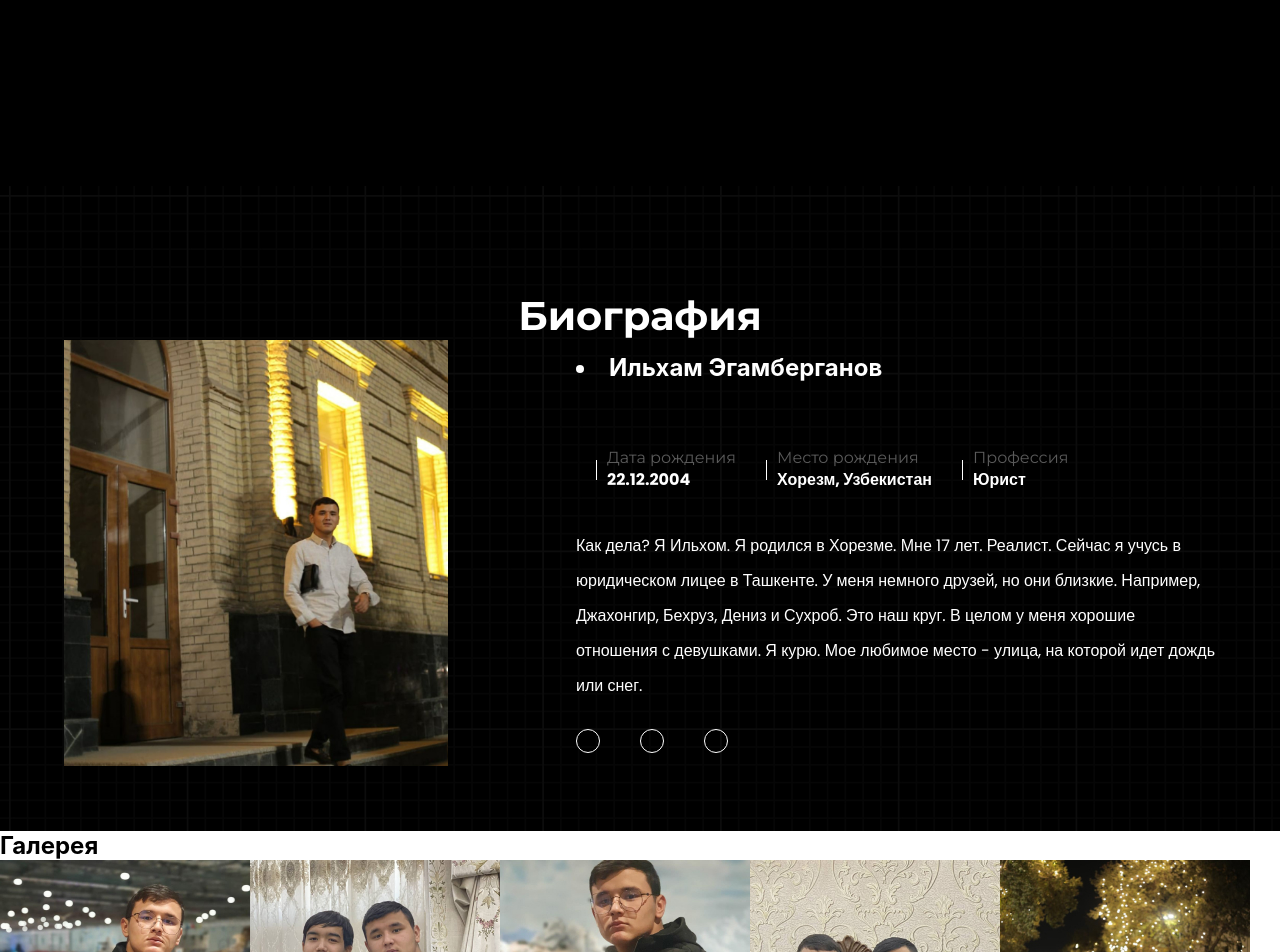
Repository: sardorexe/xishnik
Page: /
The author's editor kept a copy of each file at every save. The page is drawn from the files as they stood at one save, then again after the next save.
The browser window is 1280 px wide. The pictures show the part of the page from y = 534 to 1486 px (the page is 2085 px tall before and 2160 px after).
Pictures or frames that could not be fetched are drawn as grey boxes. Some icons come from a web library that is not loaded, so they are not drawn. Some web libraries are served in a nearby version. The project was rebuilt for these pictures with package versions that can differ from the ones it lists, and the page was loaded fresh each time. Some packages were replaced by stand-ins written for this rebuild. The framework's server and built-in components were replaced by stand-ins that run in the browser. Also part of the build but not shown: next.config.js.

Above is the page before, as saved 2021-09-27 18:51:23.

After the next save:
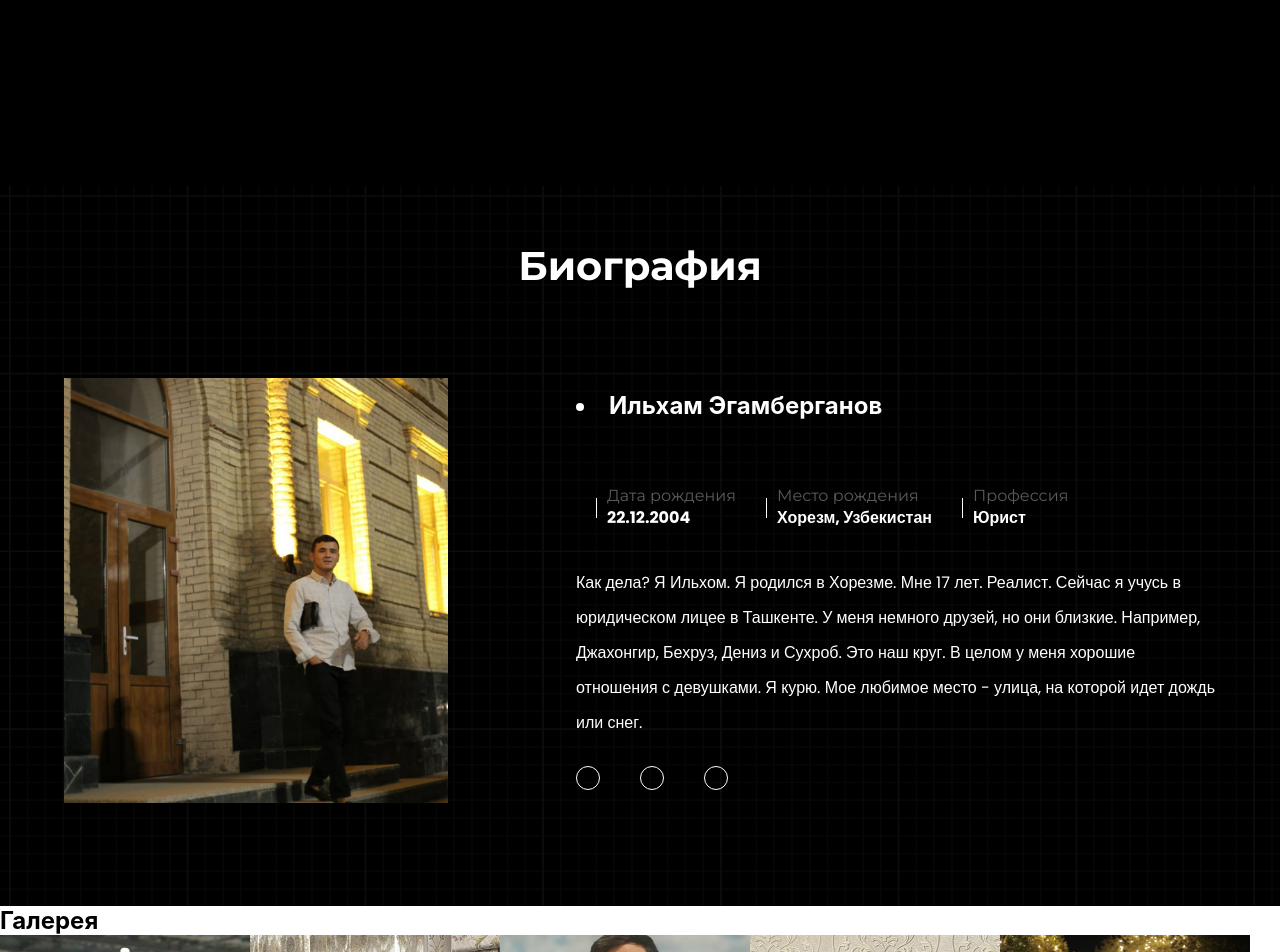
Saved 18 s later.
--- a/styles/Biography.module.css
+++ b/styles/Biography.module.css
@@ -7,7 +7,7 @@
   justify-content: space-between;
   align-items: center;
   color: #fff;
-  padding: 50px 0;
+  min-height: 100vh;
 }
 
 .contentTitle {
